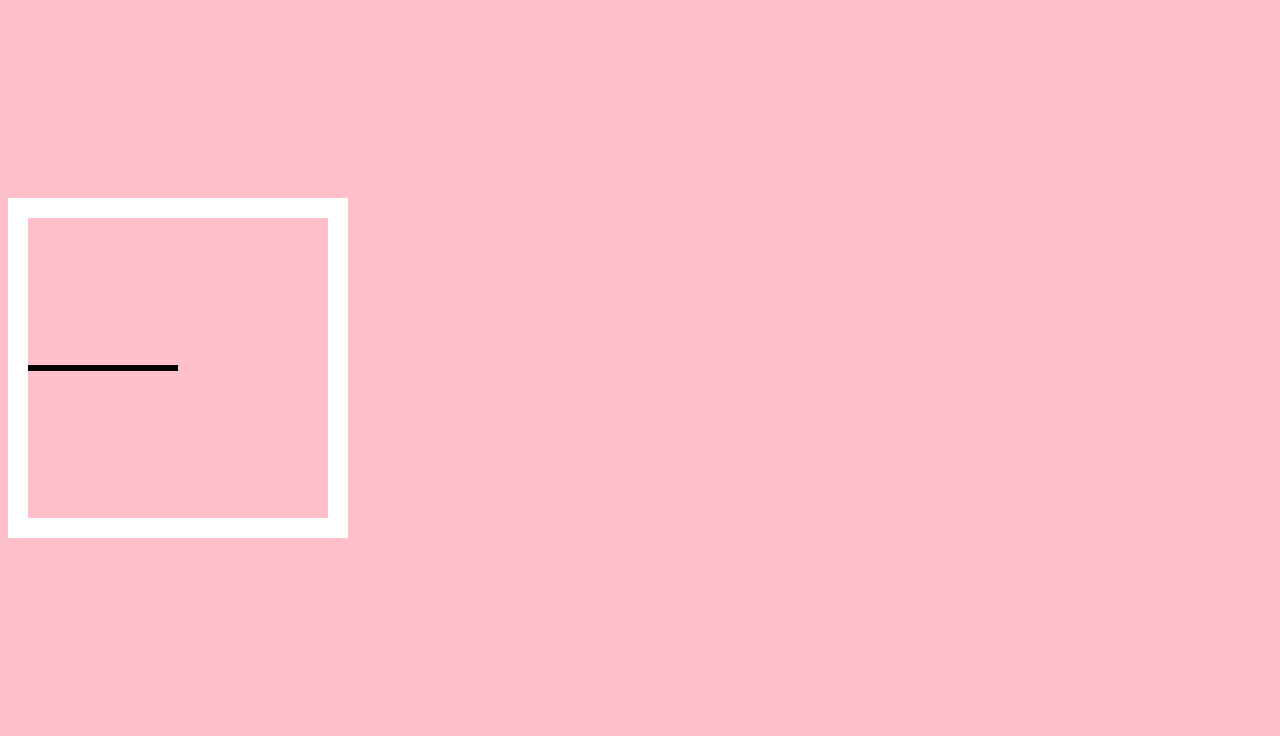
Repository: julieLyM/js-make-an-oclock
Page: index.html
An editor plug-in stored every save of this project. The page is shown before and after a run of saves, followed by the edit.
The browser window is 1280 px wide. The pictures show the whole page.

Above is the page before, as saved 2020-07-07 11:34:38.

After the next 2 saves:
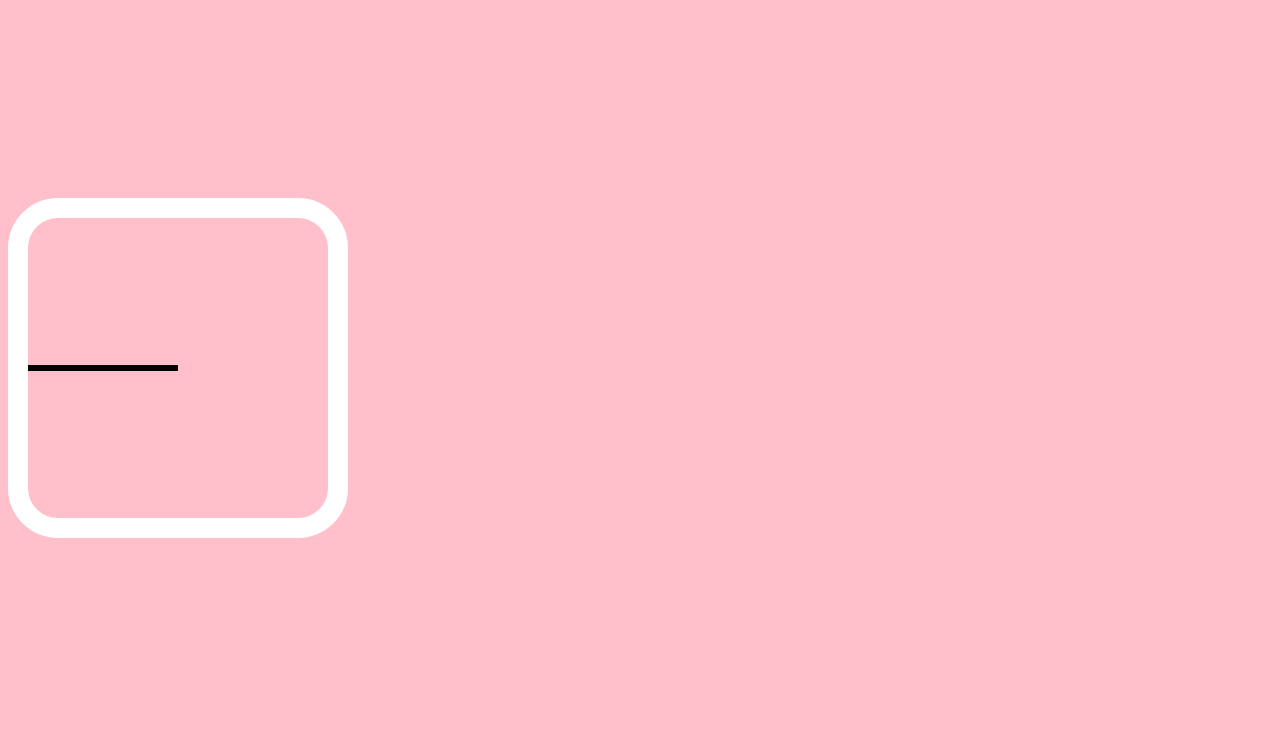
The 2 saves are shown as one change because they came seconds apart.
The last was saved 10 s later.
--- a/index.css
+++ b/index.css
@@ -17,6 +17,8 @@ body {
     width: 30rem;
     height: 30rem;
     border: 20px solid white;
+    border-radius: 50px;
+
 
 }
 
